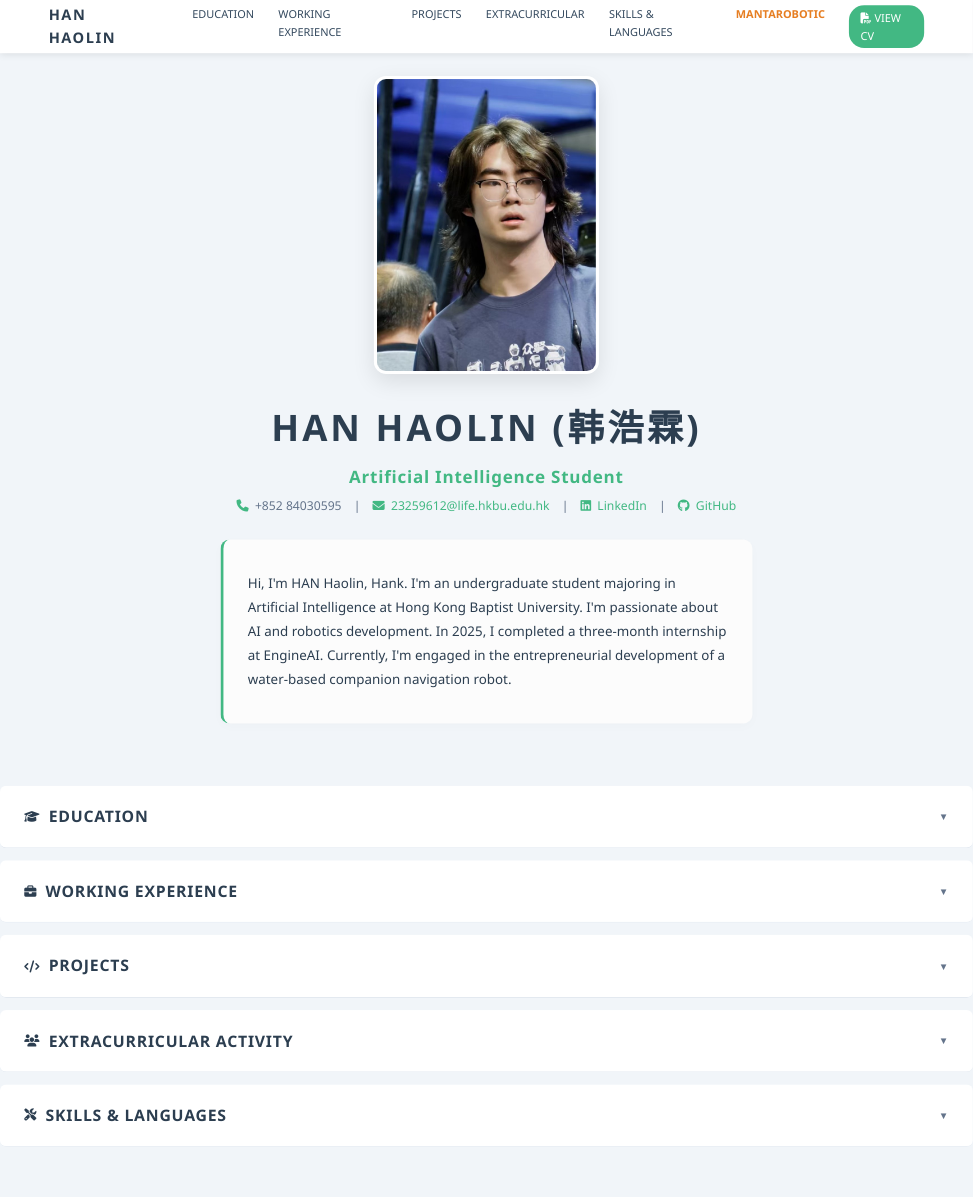
Repository: hhl2802149944-afk/hhl2802149944-afk.github.io
Page: /
The author's editor kept a copy of each file at every save. The page is drawn from the files as they stood at one save, then again after the next save.
The browser window is 1280 px wide. The pictures show the whole page, at 76% of full size.
The project was rebuilt for these pictures with package versions that can differ from the ones it lists, and the page was loaded fresh each time. Also part of the build but not shown: vite.config.js, src/components/ProjectCard.vue, src/views/MantaRoboticView.vue.

Above is the page before, as saved 2026-01-22 11:21:53.

### index.html
<!DOCTYPE html>
<html lang="en">
  <head>
    <meta charset="UTF-8">
    <link rel="icon" href="/favicon.ico">
    <meta name="viewport" content="width=device-width, initial-scale=1.0">
    <title>Han Haolin - Resume</title>
  </head>
  <body>
    <div id="app"></div>
    <script type="module" src="/src/main.js"></script>
  </body>
</html>

### src/main.js
import { createApp } from 'vue'
import App from './App.vue'
import router from './router'
import './assets/main.css'
import '@fortawesome/fontawesome-free/css/all.css'

const app = createApp(App)

app.use(router)

app.mount('#app')

### src/App.vue
<script setup>
import { RouterView } from 'vue-router'
</script>

<template>
  <RouterView />
</template>

<style>
/* Global styles can go here */
</style>

### src/router/index.js
import { createRouter, createWebHistory } from 'vue-router'
import HomeView from '../views/HomeView.vue'
import MantaRoboticView from '../views/MantaRoboticView.vue'

const router = createRouter({
  history: createWebHistory(import.meta.env.BASE_URL),
  routes: [
    {
      path: '/',
      name: 'home',
      component: HomeView
    },
    {
      path: '/manta-robotic',
      name: 'manta-robotic',
      component: MantaRoboticView
    }
  ]
})

export default router

### src/assets/main.css
:root {
  --primary-color: #2c3e50;
  --secondary-color: #34495e;
  --accent-color: #42b883;
  --text-color: #2c3e50;
  --light-text: #64748b;
  --bg-color: #f1f5f9;
  --card-bg: #ffffff;
  --border-color: #e2e8f0;
}

body {
  margin: 0;
  font-family: 'Segoe UI', Roboto, Helvetica, Arial, sans-serif;
  background-color: var(--bg-color);
  color: var(--text-color);
  line-height: 1.6;
}

.home {
  max-width: 1000px;
  margin: 0 auto;
  min-height: 100vh;
  background-color: white;
  box-shadow: 0 0 20px rgba(0,0,0,0.05);
  padding: 3rem 4rem;
}

h1, h2, h3, h4 {
  color: var(--primary-color);
  margin-top: 0;
}

a {
  color: var(--accent-color);
  text-decoration: none;
  transition: color 0.2s;
}

a:hover {
  color: var(--secondary-color);
  text-decoration: underline;
}

@media (max-width: 768px) {
  .home {
    padding: 2rem;
  }
}

@media (max-width: 480px) {
  .home {
    padding: 1rem;
  }
}

### src/views/HomeView.vue
<script setup>
import NavBar from '../components/NavBar.vue'
import ResumeHeader from '../components/ResumeHeader.vue'
import ResumeSection from '../components/ResumeSection.vue'
import ProjectCard from '../components/ProjectCard.vue'

const resumeData = {
  name: "Han Haolin (韩浩霖)",
  title: "Artificial Intelligence Student",
  summary: "Hi, I'm HAN Haolin, Hank. I'm an undergraduate student majoring in Artificial Intelligence at Hong Kong Baptist University. I'm passionate about AI and robotics development. In 2025, I completed a three-month internship at EngineAI. Currently, I'm engaged in the entrepreneurial development of a water-based companion navigation robot.",
  contact: {
    phone: "+852 84030595",
    email: "23259612@life.hkbu.edu.hk",
    linkedin: "https://linkedin.com/in/HaolinHAN",
    github: "https://github.com/hhl2802149944-afk"
  },
  education: {
    school: "Hong Kong Baptist University",
    major: "Artificial Intelligence",
    gpa: "3.01/4",
    courses: ["Artificial Intelligence and Machine Learning", "Software Engineering", "Data Communications and Networking"]
  },
  experience: [
    {
      name: "EngineAI Robotics Technology Co., Ltd.",
      date: "May - Aug 2025",
      role: "Robot Embedded Software Intern",
      details: [
        "Learning robot embedded software development based on the Ubuntu system, conducting factory testing of products and developing with the Intel RealSense D435i.",
        "Participate in world-class artificial intelligence exhibitions such as Macau EXPO and WRC, showcasing company products while conducting market research and sales activities"
      ]
    },
    {
      name: "Student Helper for Computer Science",
      date: "Nov - Dec 2024",
      role: "Hong Kong Baptist University",
      details: [
        "Facilitated weekly Python programming labs under professor supervision.",
        "Providing hands-on coding guidance to 30+ undergraduate students."
      ]
    }
  ],
  projects: [
    {
      name: "Internship Management System Documentation",
      date: "Oct 2025 - Dec 2025",
      role: "Software Engineering Project",
      details: [
        "Proposal for Enhancements and Testing Plan for the Internship System.",
        "Total: 105 pages, 13,377 words."
      ]
    },
    {
      name: "Online Multiplayer Drawing and Chat Platform",
      date: "2025",
      role: "Full-Stack Developer",
      details: [
        "Designed and implemented a real-time multiplayer drawing and chat system.",
        "Full-Stack Design for a Library Management Website."
      ]
    },
    {
      name: "Java Game Development Portfolio",
      date: "2024",
      role: "Game Programmer",
      details: [
        "Successfully developed three classic games: Labyrinth, Tetris, and Modern Art.",
        "Designed and developed an original computer game as an independent project."
      ]
    },
    {
      name: "Soccer Recognition AI System",
      date: "2025",
      role: "AI Developer",
      details: [
        "Developed an autonomous model for identifying and tracking players and the ball in soccer footage.",
        "Implemented computer vision algorithms to process real-time sports video data."
      ]
    }
  ],
  extracurricular: [
    {
      name: "Internal Vice President",
      date: "Apr 2024 - Apr 2025",
      role: "HKBU Chinese Students and Scholars Association",
      details: [
        "Communicated with executive board members, organized team building, and improved cohesion.",
        "Organised a two-week orientation programme for 300 new mainland students.",
        "Managed a total of 13 events during the year."
      ]
    },
    {
      name: "ROBOCON 2025，HKBU",
      date: "Dec 2024 - Jan 2025",
      role: "Mechanical Design and Programming Engineer",
      details: [
        "Mechanical designer for the HKBU team in the 2025 Robocon robotics competition.",
        "Assisted with site identification and programming of AI autonomous task modules."
      ]
    }
  ],
  skills: {
    programming: ["Python", "Java", "Javascript", "HTML", "Markdown"],
    ai_tech: ["CNN", "RNN", "GAN", "Ubuntu"],
    publicity: ["Canva", "WeChat Public", "Capcut"]
  },
  languages: [
    { name: "Mandarin", level: "Native" },
    { name: "English", level: "Fluent" },
    { name: "Cantonese", level: "Basic" }
  ]
}
</script>

<template>
  <NavBar />
  <main class="resume-container">
    <ResumeHeader
      :name="resumeData.name"
      :title="resumeData.title"
      :contact="resumeData.contact"
      :summary="resumeData.summary"
    />

    <ResumeSection title="Education" id="education">
      <template #icon><i class="fas fa-graduation-cap"></i></template>
      <div class="education-item">
        <div class="edu-header">
          <h3>{{ resumeData.education.school }}</h3>
          <span class="gpa">cGPA: {{ resumeData.education.gpa }}</span>
        </div>
        <p class="major">Major: {{ resumeData.education.major }}</p>
        <p class="courses"><strong>Core Courses:</strong> {{ resumeData.education.courses.join(', ') }}</p>
      </div>
    </ResumeSection>

    <ResumeSection title="Working Experience" id="experience">
      <template #icon><i class="fas fa-briefcase"></i></template>
      <ProjectCard
        v-for="(exp, index) in resumeData.experience"
        :key="index"
        :project="exp"
      />
    </ResumeSection>

    <ResumeSection title="Projects" id="projects">
      <template #icon><i class="fas fa-code"></i></template>
      <ProjectCard
        v-for="(proj, index) in resumeData.projects"
        :key="index"
        :project="proj"
      />
    </ResumeSection>

    <ResumeSection title="Extracurricular Activity" id="extracurricular">
      <template #icon><i class="fas fa-users"></i></template>
      <ProjectCard
        v-for="(item, index) in resumeData.extracurricular"
        :key="index"
        :project="item"
      />
    </ResumeSection>

    <ResumeSection title="Skills & Languages" id="skills">
      <template #icon><i class="fas fa-tools"></i></template>
      <div class="skills-lang-grid">
        <div class="skills-grid">
          <div class="skill-category">
            <h4>Programming</h4>
            <div class="skill-tags">
              <span v-for="skill in resumeData.skills.programming" :key="skill" class="tag">{{ skill }}</span>
            </div>
          </div>
          <div class="skill-category">
            <h4>AI & Tools</h4>
            <div class="skill-tags">
              <span v-for="skill in resumeData.skills.ai_tech" :key="skill" class="tag">{{ skill }}</span>
            </div>
          </div>
          <div class="skill-category">
            <h4>Publicity & Design</h4>
            <div class="skill-tags">
              <span v-for="skill in resumeData.skills.publicity" :key="skill" class="tag">{{ skill }}</span>
            </div>
          </div>
        </div>

        <div class="lang-list">
          <div v-for="lang in resumeData.languages" :key="lang.name" class="lang-item">
            <span class="lang-name">{{ lang.name }}</span>
            <span class="lang-level">{{ lang.level }}</span>
          </div>
        </div>
      </div>
    </ResumeSection>
  </main>
</template>

<style scoped>
.resume-container {
  padding-bottom: 50px;
}

.education-item {
  margin-bottom: 1.5rem;
}

.edu-header {
  display: flex;
  justify-content: space-between;
  align-items: center;
}

.major {
  font-weight: bold;
  color: var(--accent-color);
  margin: 0.2rem 0;
}

.courses {
  font-size: 0.9rem;
  color: #555;
}

.skills-lang-grid {
  display: grid;
  grid-template-columns: 2fr 1fr;
  gap: 2rem;
  align-items: start;
}

.skills-grid {
  display: flex;
  flex-direction: column;
  gap: 1.5rem;
}

.skill-category h4 {
  margin-bottom: 1rem;
  color: var(--secondary-color);
  border-bottom: 1px solid #ddd;
  padding-bottom: 0.3rem;
  font-size: 1rem;
}

.skill-tags {
  display: flex;
  flex-wrap: wrap;
  gap: 0.5rem;
}

.tag {
  background: #eef2f7;
  padding: 0.3rem 0.8rem;
  border-radius: 15px;
  font-size: 0.85rem;
  color: var(--primary-color);
}

.lang-list {
  display: flex;
  flex-direction: column;
  gap: 0.8rem;
}

.lang-item {
  display: flex;
  justify-content: space-between;
  padding: 0.5rem;
  background: white;
  border-radius: 4px;
  border-left: 3px solid var(--accent-color);
  box-shadow: 0 1px 3px rgba(0,0,0,0.05);
}

.lang-name {
  font-weight: bold;
}

.lang-level {
  color: #666;
  font-size: 0.9rem;
}

@media (max-width: 768px) {
  .skills-lang-grid {
    grid-template-columns: 1fr;
  }
}
</style>

### src/components/NavBar.vue
<script setup>
import { ref } from 'vue'
import { useRouter, useRoute } from 'vue-router'

const router = useRouter()
const route = useRoute()
const isMenuOpen = ref(false)

const sections = [
  { id: 'education', name: 'Education' },
  { id: 'experience', name: 'Working Experience' },
  { id: 'projects', name: 'Projects' },
  { id: 'extracurricular', name: 'Extracurricular' },
  { id: 'skills', name: 'Skills & Languages' }
]

const scrollToSection = async (id) => {
  if (route.name !== 'home') {
    await router.push({ name: 'home' })
    // Wait for the DOM to update
    setTimeout(() => {
      const el = document.getElementById(id)
      if (el) {
        el.scrollIntoView({ behavior: 'smooth' })
      }
    }, 100)
  } else {
    const el = document.getElementById(id)
    if (el) {
      el.scrollIntoView({ behavior: 'smooth' })
    }
  }
  isMenuOpen.value = false
}

const goToMantaRobotic = () => {
  router.push({ name: 'manta-robotic' })
  isMenuOpen.value = false
}
</script>

<template>
  <nav class="navbar">
    <div class="nav-container">
      <div class="nav-logo" @click="scrollToSection('hero')">HAN HAOLIN</div>

      <div class="nav-links" :class="{ 'nav-active': isMenuOpen }">
        <div v-for="section in sections"
             :key="section.id"
             class="nav-item"
             @click="scrollToSection(section.id)">
          {{ section.name }}
        </div>
        <div class="nav-item highlight" @click="goToMantaRobotic">
          MantaRobotic
        </div>
        <a href="/assets/HAN Haolin's CV.pdf" target="_blank" class="nav-item cv-button">
          <i class="fas fa-file-pdf"></i> View CV
        </a>
      </div>

      <div class="burger" @click="isMenuOpen = !isMenuOpen">
        <div class="line1"></div>
        <div class="line2"></div>
        <div class="line3"></div>
      </div>
    </div>
  </nav>
</template>

<style scoped>
.navbar {
  position: fixed;
  top: 0;
  left: 0;
  width: 100%;
  height: 70px;
  background: white;
  display: flex;
  justify-content: center;
  align-items: center;
  z-index: 1000;
  box-shadow: 0 2px 10px rgba(0,0,0,0.1);
}

.nav-container {
  width: 90%;
  max-width: 1200px;
  display: flex;
  justify-content: flex-start;
  align-items: center;
  gap: 3rem;
}

.nav-logo {
  font-weight: bold;
  font-size: 1.2rem;
  letter-spacing: 2px;
  cursor: pointer;
  color: var(--primary-color);
}

.nav-links {
  display: flex;
  gap: 2rem;
}

.nav-item {
  cursor: pointer;
  font-weight: 500;
  color: var(--secondary-color);
  transition: color 0.3s;
  font-size: 0.9rem;
  text-transform: uppercase;
}

.nav-item:hover {
  color: var(--accent-color);
}

.nav-item.highlight {
  color: #e67e22;
  font-weight: bold;
}

.cv-button {
  background: var(--accent-color);
  color: white !important;
  padding: 5px 15px;
  border-radius: 20px;
  transition: transform 0.2s, background 0.2s;
  text-decoration: none !important;
}

.cv-button:hover {
  transform: translateY(-2px);
  background: var(--secondary-color);
}

.burger {
  display: none;
  cursor: pointer;
  margin-left: auto;
}

.burger div {
  width: 25px;
  height: 3px;
  background-color: var(--primary-color);
  margin: 5px;
  transition: all 0.3s ease;
}

@media screen and (max-width: 768px) {
  .nav-links {
    position: absolute;
    right: 0px;
    height: 92vh;
    top: 70px;
    background-color: white;
    display: flex;
    flex-direction: column;
    align-items: center;
    width: 50%;
    transform: translateX(100%);
    transition: transform 0.5s ease-in;
    padding-top: 2rem;
  }

  .nav-links.nav-active {
    transform: translateX(0%);
  }

  .burger {
    display: block;
  }
}
</style>

### src/components/ResumeHeader.vue
<script setup>
defineProps({
  name: String,
  title: String,
  contact: Object,
  summary: String
})

const imageUrl = '/assets/HAN Haolin.jpg'
</script>

<template>
  <header class="resume-header" id="hero">
    <div class="header-content">
      <div class="profile-pic-container">
        <img :src="imageUrl" alt="Han Haolin" class="profile-pic">
      </div>
      <div class="text-info">
        <h1>{{ name }}</h1>
        <p class="subtitle">{{ title }}</p>
        <div class="contact-info">
          <span><i class="fas fa-phone"></i> {{ contact.phone }}</span> |
          <a :href="'mailto:' + contact.email"><i class="fas fa-envelope"></i> {{ contact.email }}</a> |
          <a :href="contact.linkedin" target="_blank"><i class="fab fa-linkedin"></i> LinkedIn</a> |
          <a :href="contact.github" target="_blank"><i class="fab fa-github"></i> GitHub</a>
        </div>
        <div class="about-me">
          <p>{{ summary }}</p>
        </div>
      </div>
    </div>
  </header>
</template>

<style scoped>
.resume-header {
  padding: 100px 0 50px 0;
  margin-bottom: 2rem;
  text-align: center;
}

.header-content {
  display: flex;
  flex-direction: column;
  align-items: center;
  gap: 2rem;
}

.text-info {
  max-width: 700px;
}

h1 {
  margin: 0;
  font-size: 3rem;
  text-transform: uppercase;
  letter-spacing: 4px;
  color: var(--primary-color);
}

.subtitle {
  font-size: 1.4rem;
  color: var(--accent-color);
  font-weight: 600;
  margin: 0.5rem 0;
  letter-spacing: 1px;
}

.contact-info {
  font-size: 1rem;
  color: var(--light-text);
  margin-bottom: 2rem;
  display: flex;
  justify-content: center;
  align-items: center;
  gap: 1rem;
  flex-wrap: wrap;
}

.contact-info i {
  color: var(--accent-color);
  margin-right: 4px;
}

.about-me {
  text-align: left;
  line-height: 1.8;
  font-size: 1.1rem;
  color: var(--text-color);
  background: #fcfcfc;
  padding: 1.5rem 2rem;
  border-radius: 12px;
  border-left: 4px solid var(--accent-color);
  box-shadow: 0 4px 15px rgba(0,0,0,0.02);
}

.profile-pic-container {
  width: 288px; /* 240 * 1.2 */
  height: 384px; /* 320 * 1.2 */
  border-radius: 16px;
  overflow: hidden;
  box-shadow: 0 10px 30px rgba(0,0,0,0.1);
  border: 4px solid white;
}

.profile-pic {
  width: 150%;
  height: 150%;
  object-fit: cover;
}

@media (max-width: 768px) {
  h1 { font-size: 2.2rem; }
  .profile-pic-container {
    width: 200px;
    height: 266px;
  }
}
</style>

### src/components/ResumeSection.vue
<script setup>
import { ref } from 'vue'

defineProps({
  title: String,
  id: String
})

const isOpen = ref(false)
</script>

<template>
  <section :id="id" class="resume-section">
    <div class="section-header" @click="isOpen = !isOpen">
      <div class="title-with-icon">
        <slot name="icon"></slot>
        <h2>{{ title }}</h2>
      </div>
      <span class="toggle-icon" :class="{ 'is-open': isOpen }">▼</span>
    </div>
    <transition name="fade">
      <div v-if="isOpen" class="section-content">
        <slot></slot>
      </div>
    </transition>
  </section>
</template>

<style scoped>
.resume-section {
  margin-bottom: 1rem;
  background: white;
  border-radius: 8px;
  overflow: hidden;
  border-bottom: 1px solid var(--border-color);
}

.section-header {
  padding: 1.5rem 2rem;
  display: flex;
  justify-content: space-between;
  align-items: center;
  cursor: pointer;
  background: #fff;
  transition: background 0.3s;
}

.section-header:hover {
  background: #fcfcfc;
}

.title-with-icon {
  display: flex;
  align-items: center;
  gap: 12px;
}

.title-with-icon i {
  color: var(--accent-color);
  font-size: 1.2rem;
}

h2 {
  font-size: 1.3rem;
  margin: 0;
  text-transform: uppercase;
  letter-spacing: 1px;
  color: var(--primary-color);
}

.toggle-icon {
  font-size: 0.8rem;
  transition: transform 0.3s;
  color: var(--light-text);
}

.toggle-icon.is-open {
  transform: rotate(180deg);
}

.section-content {
  padding: 0 2rem 2rem 2rem;
}

.fade-enter-active, .fade-leave-active {
  transition: opacity 0.3s ease, transform 0.3s ease;
}

.fade-enter-from, .fade-leave-to {
  opacity: 0;
  transform: translateY(-10px);
}
</style>

After the next save:
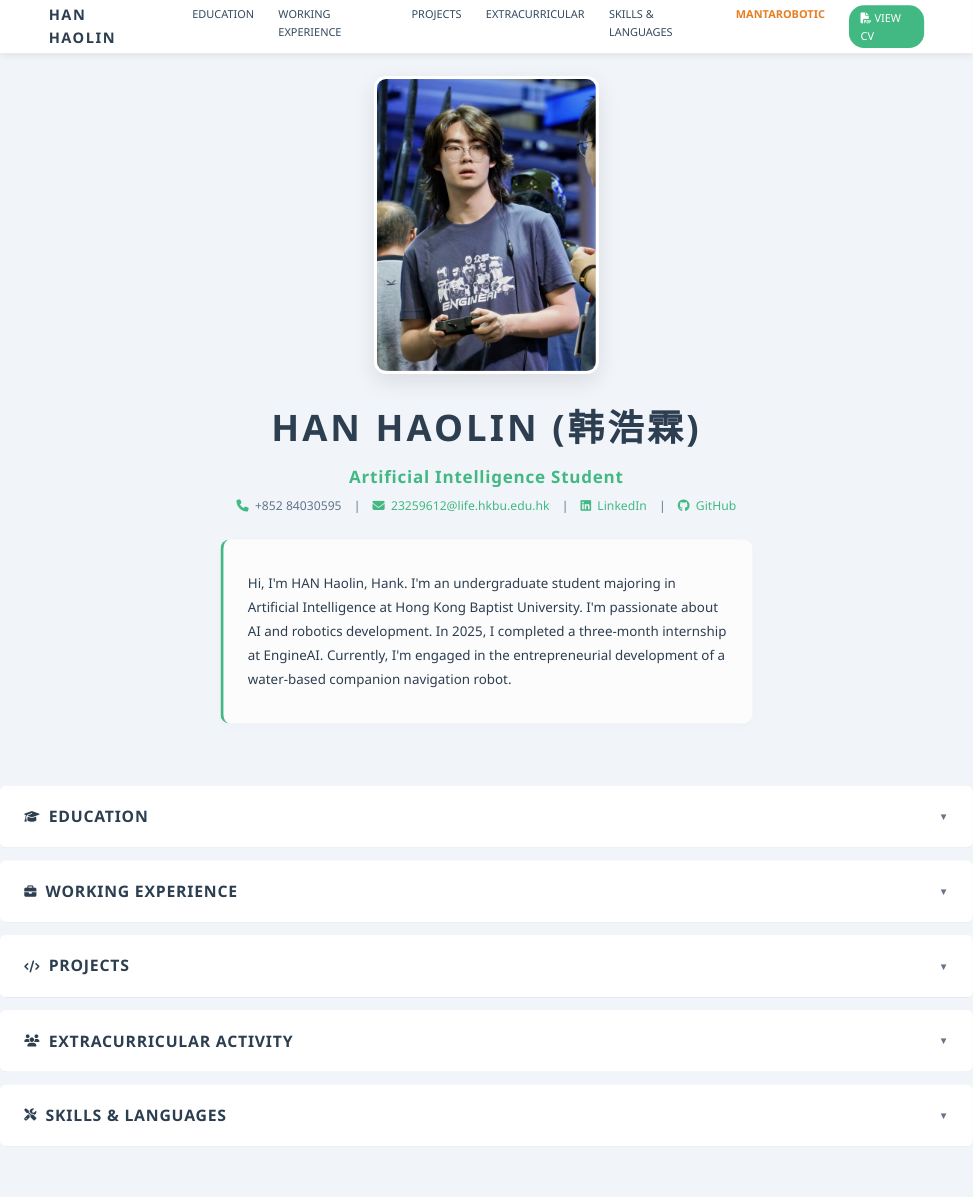
Saved 100 s later.
--- a/src/components/ResumeHeader.vue
+++ b/src/components/ResumeHeader.vue
@@ -104,8 +104,8 @@ h1 {
 }
 
 .profile-pic {
-  width: 150%;
-  height: 150%;
+  width: 100%;
+  height: 100%;
   object-fit: cover;
 }
 
